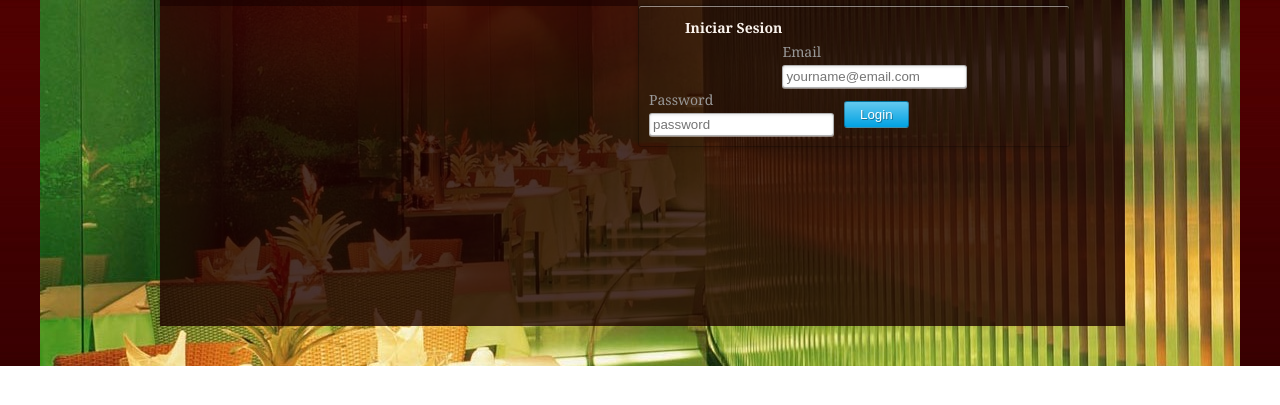
Repository: ProSoft-PDSI/sdsddo
Page: http://localhost/sdsr/LoginRegistro.jsp
These files come from the project's save history. The page is drawn as it stood at one moment and after the next save; the edit follows.
The browser window is 1280 px wide. The pictures show the whole page.
The page is served by Tomcat 9. Other server files are loaded and not shown.

Above is the page before, as saved 2014-07-20 02:05:14.
Console error: TypeError: Cannot read properties of undefined (reading 'appendTo')

### Web/sdsr/WebContent/LoginRegistro.jsp
<%@ page language="java" contentType="text/html; charset=ISO-8859-1"
    pageEncoding="ISO-8859-1"%>
<%@ taglib prefix="c" uri="http://java.sun.com/jsp/jstl/core" %>
<!DOCTYPE html>
<html lang="es">
<head>
<title></title>
<meta charset="utf-8" />
<%@ include file="Carga.jsp" %>
<style type="text/css">
body {
	Background: transparent;
}
</style>
</head>
<body id="page5">
<div class="body6">
	<div class="body1">
		<div class="main">
<!-- content -->

			<article id="content">
				<div class="wrap">
					<div class="box">
					<form id="ContactForm">
						<section class="loginform cf">
							<form name="login" action="index_submit" method="get" accept-charset="utf-8">
								<ul>
								   <h1>Iniciar Sesion </h1>
									<li>
										<label for="usermail"><br>Email</label>
										<input type="email" name="usermail" placeholder="yourname@email.com" required>
									</li>
									<li>
										<label for="password">Password</label>
										<input type="password" name="password" placeholder="password" required></li>
									<li>
										<input type="submit" value="Login">
									</li>
								</ul>
							</form>
						</section>
					</form>
					<div>
						<form id="ContactForm">
						<section class="loginform cf">
						   <form name="login" action="index_submit" method="get" accept-charset="utf-8">
							<ul>
							    <h1>Registrate</h1>
								<li>
									<label for="usermail"><br>Email</label>
									<input type="email" name="usermail"  required>
								</li>
								<li>
									<label for="password">Contraseña</label>
									<input type="password" name="contrasenia1"  required>
								</li>
								<li>
									<label for="password">Confirmar Contraseña</label>
									<input type="password" name="contrasenia2"  required>
								</li>
								<li>
									<label for="Nombre">Nombre</label>
									<input type="text" name="Nombre"  required>
								</li>
								<li>
									<label for="Apellido">Apellidos</label>
									<input type="text" name="Apellido"  required>
								</li>
								<li>
									<label for="dni">DNI</label>
									<input type="text" name="dni"  required>
								</li>
								<li>
									<label for="Direccion">Direccion</label>
									<input type="text" name="Direccion"  required>
								</li>
								<li>
									<label for="Number">Telefono</label>
									<input type="Text" name="telefono"  required>
								</li>
								<li>
									<input type="submit" value="Registrar">
								</li>
							</ul>
						</form>
					</section>
							</form>
						</div>
					</div>
				</div>
			</article>
		</div>
	</div>
</div>
<script type="text/javascript"> Cufon.now(); </script>
</body>
</html>

### Web/sdsr/WebContent/Carga.jsp
<link rel="stylesheet" href="css/reset.css" type="text/css" media="all">
<link rel="stylesheet" href="css/layout.css" type="text/css" media="all">
<link rel="stylesheet" href="css/style.css" type="text/css" media="all">
<link rel="stylesheet" href="css/estilos.css" type="text/css" media="all">
<script type="text/javascript" src="js/jquery-1.6.js" ></script>
<script type="text/javascript" src="js/cufon-yui.js"></script>
<script type="text/javascript" src="js/cufon-replace.js"></script>
<script type="text/javascript" src="js/Forum_400.font.js"></script>
<script type="text/javascript" src="js/jquery.easing.1.3.js"></script>
<script type="text/javascript" src="js/tms-0.3.js"></script>
<script type="text/javascript" src="js/tms_presets.js"></script>
<script type="text/javascript" src="js/script.js"></script>
<script type="text/javascript" src="js/atooltip.jquery.js"></script>

### Web/sdsr/WebContent/css/layout.css
.col1, .col2, .col3, .cols  {float:left}
.cols {width:300px}
.col1 {width:630px}
.col2 {width:240px}
.col3 {width:570px}
/* index.html */
/* index-1.html */
#page2 .box .list1 {margin-top:-7px}
/* index-2.html */
#page3 h2.letter_spacing {word-spacing:-2px}
/* index-3.html */
#page4 .box .list1 {margin-top:-7px}
#page4 h2.pad_bot1 {padding-bottom:5px}
/* index-4.html */
#page5 .box > div {background: url(../images/box_top2.png) top center no-repeat}
#page5 #content2 h2 {padding-bottom:4px}
/* index-5.html */
/* index-6.html */

### Web/sdsr/WebContent/css/style.css
/* Getting the new tags to behave */
article, aside, audio, canvas, command, datalist, details, embed, figcaption, figure, footer, header, hgroup, keygen, meter, nav, output, progress, section, source, video {display:block}
mark, rp, rt, ruby, summary, time {display:inline}
/* Left & Right alignment */
.left {float:left}
.right {float:right}
.wrapper {width:100%;overflow:hidden}
.wrap{overflow:hidden;width:965px;margin-left:-5px;padding-left:5px}
/* Global properties */
body {background:url(../images/bg_bot.jpg) center 0 repeat #faf3ed;border:0;font:14px Georgia, "Times New Roman", Times, serif;color:#200;line-height:24px}
.ic, .ic a {border:0;float:right;background:#fff;color:#f00;width:50%;line-height:10px;font-size:10px;margin:-220% 0 0 0;overflow:hidden;padding:0}
.css3{border-radius:8px;-moz-border-radius:8px;-webkit-border-radius:8px;box-shadow:0 0 4px rgba(0, 0, 0, .4);-moz-box-shadow:0 0 4px rgba(0, 0, 0, .4);-webkit-box-shadow:0 0 4px rgba(0, 0, 0, .4);position:relative}
/* Global Structure */
.main {	margin:0 auto;	width:960px}
.body1 {background:url(../images/restaurant.jpg) top center no-repeat}
.body2 {background:#faf3ed}
.body3 {background:url(../images/bg_bot.jpg) top center repeat}
.body4 {background:url(../images/bg_bot_img.jpg) top center no-repeat}
.body5 {background:url(../images/slider_shadow.png) center 508px no-repeat}
.body6 {background:url(../images/bg_top.jpg) top repeat-x}
/* main layout */
a {color:#a80002;text-decoration:none;outline:none}
a:hover {text-decoration:underline}
h1 {float:left;padding:0px 0 0 36px}
h2 {font-size:41px;line-height:1.2em;color:#200000;padding:16px 0 12px 0;letter-spacing:-2px}
h2.letter_spacing {letter-spacing:-3px}
h3 {font-size:27px;color:#230000;line-height:1.2em;padding:20px 0 9px 0;letter-spacing:-1px}
h3 span {color:#a80002}
p {padding-bottom:24px}
/* header */
header {height:121px;padding-top:31px;width:100%;overflow:hidden}
label {
	display: block;
	color: #999;
}
.cf:before,
.cf:after {
    content: "";
    display: table;
}

.cf:after {
    clear: both;
}
.cf {
    *zoom: 1;
}
:focus {
	outline: 0;
}
.loginform {
	width: 410px;
	margin: 10px auto;
	padding: 10px;
	border-radius: 3px;
    box-shadow: 0px 0px 5px 0px rgba(0, 0, 0, 0.2),
    			inset 0px 1px 0px 0px rgba(250, 250, 250, 0.5);
    border: 1px solid rgba(0, 0, 0, 0.3);
    float: right;
}
.loginform ul {
	padding: 0;
	margin: 0;
}
.loginform li {
	display: inline;
	float: left;
}
.loginform input:not([type=submit]) {
	padding: 3px;
	margin-right: 10px;
	border: 1px solid rgba(0, 0, 0, 0.3);
	border-radius: 3px;
	box-shadow: inset 0px 1px 3px 0px rgba(0, 0, 0, 0.1),
				0px 1px 0px 0px rgba(250, 250, 250, 0.5) ;
}
.loginform input[type=submit] {
	border: 1px solid rgba(0, 0, 0, 0.3);
	background: #64c8ef; /* Old browsers */
	background: -moz-linear-gradient(top,  #64c8ef 0%, #00a2e2 100%); /* FF3.6+ */
	background: -webkit-gradient(linear, left top, left bottom, color-stop(0%,#64c8ef), color-stop(100%,#00a2e2)); /* Chrome,Safari4+ */
	background: -webkit-linear-gradient(top,  #64c8ef 0%,#00a2e2 100%); /* Chrome10+,Safari5.1+ */
	background: -o-linear-gradient(top,  #64c8ef 0%,#00a2e2 100%); /* Opera 11.10+ */
	background: -ms-linear-gradient(top,  #64c8ef 0%,#00a2e2 100%); /* IE10+ */
	background: linear-gradient(to bottom,  #64c8ef 0%,#00a2e2 100%); /* W3C */
	filter: progid:DXImageTransform.Microsoft.gradient( startColorstr='#64c8ef', endColorstr='#00a2e2',GradientType=0 ); /* IE6-9 */
	color: #fff;
	padding: 5px 15px;
	margin-right: 0;
	margin-top: 13px;
	border-radius: 3px;
	text-shadow: 1px 1px 0px rgba(0, 0, 0, 0.3);
}

.ac_content h1{
	color:#fff;
	display:block;
	float:left;
	width:80px;
	height:20px;
	padding:0px;
	font-size:28px;
	font-weight:bold;
	line-height:30px;
	margin-right:1px;
}
.ac_content h1 span{
	display:block;
	font-weight:normal;
	font-size:18px;
}

#top_nav {float:right;padding:4px 43px 30px 0}
#top_nav li {float:left;padding:3px 26px 5px 0;background:url(../images/top_line.gif) right 0 no-repeat;margin-right:25px}
#top_nav li a {display:block;line-height:0}
#top_nav .end {background:none;padding-right:0;margin-right:0}
#menu {width:633px;float:right;padding:0 0 0 0}
#menu li {float:left;padding-left:3px}
#menu li a {display:block;font-size:24px;color:#faf3ed;line-height:75px;padding:0 15px;height:60px;letter-spacing:-1px}
/* #menu li a {display:block;font-size:24px;color:#faf3ed;line-height:100px;padding:0 15px;height:80px;letter-spacing:-1px}*/
#menu li a:hover, #menu .active a {text-decoration:none;background:url(../images/menu_bg.png) repeat}
.slider_bg {width:100%;height:404px;background: url(../images/bg_slider.jpg) 0 0 no-repeat;position:relative;overflow:hidden;box-shadow:0 0 5px rgba(0, 0, 0, .4);-moz-box-shadow:0 0 5px rgba(0, 0, 0, .4);-webkit-box-shadow:0 0 5px rgba(0, 0, 0, .4);margin-bottom:35px}
.slider {top:10px;right:10px;position:absolute;z-index:1;width:920px}
.slider .items {display:none}
.slider .pic {float:right;position:relative}
.banner {left:0px;top:0;position:absolute;width:271px;z-index:2;text-align:center}
.banner strong {font-size:52px;color:#bf0f0a;display:block;line-height:1.2em;text-transform:uppercase;padding:55px 0 0 0;letter-spacing:-2px}
.banner strong span {display:block;margin-top:-16px}
.banner b {display:block;font-size:27px;color:#312826;text-transform:uppercase;padding:0 0 23px 0;line-height:1.2em;letter-spacing:-1px}
.banner p {background:url(../images/quot1.png) 0 0 no-repeat}
.banner p span {display:block;background:url(../images/quot2.png) right bottom no-repeat;padding:0 0 0 0;color:#6c5f5b;padding-bottom:2px}
.slider .pagination {position:absolute;z-index:2;bottom:10px;left:107px}
.slider .pagination li {float:left;padding-right:3px}
.slider .pagination a {display:block;width:17px;height:17px;text-indent:-9999px;background:url(../images/buttons.png) right 0 no-repeat}
.slider .pagination a:hover, .slider .pagination .current a {background-position:left}
/* content */
#content {padding-bottom:40px}
#content2 {padding-bottom:31px}
.pad_left1 {padding-left:30px}
.pad_bot1 {padding-bottom:13px}
.pad_bot2 {padding-bottom:24px}
.marg_right1 {margin-right:20px}
.box {background:url(../images/box_bg.png) repeat;color:#faf3ed;box-shadow:0 0 5px rgba(0, 0, 0, .4);-moz-box-shadow:0 0 5px rgba(0, 0, 0, .4);-webkit-box-shadow:0 0 5px rgba(0, 0, 0, .4)}
.box > div {background:url(../images/box_top.png) 0 top no-repeat;padding:30px;padding-top:0;overflow:hidden}
.box h2 {color:#a80002;padding:15px 0 12px 0}
.box h2 span {color:#faf3ed}
.box figure {padding-bottom:13px}
.list1 li a {font-style:italic;padding-left:12px;background:url(../images/marker_1.gif) 1px 8px no-repeat;color:#faf3ed}
.list_1 {color:#fff}
.list_1:hover {text-decoration:none}
.button1 {display:inline-block;font-size:20px;color:#faf3ed;line-height:34px;padding:0 15px;background:#a80002;letter-spacing:-1px}
.button1:hover {text-decoration:none;color:#1e0000;background:#faf3ed}
.testimonials li span {float:left;width:40px;height:40px;font-size:30px;color:#faf3ed;line-height:34px;text-align:center;background:#a80002;margin-right:20px}
.testimonials li p {float:left;width:180px;padding-bottom:15px}
.testimonials li img {padding-top:2px}
.line1 {background:url(../images/line_vert1.gif) 285px 0 repeat-y}
.line2 {background:url(../images/line_vert1.gif) 615px 0 repeat-y}
.price {margin-top:-7px}
.price li {overflow:hidden;background:url(../images/price_bg.gif) 0 -6px repeat-x}
.price a {float:left;color:#220000;background:url(../images/marker_2.gif) 1px 11px no-repeat #faf3ed;padding-left:12px}
.price a:hover {text-decoration:none;color:#a80002}
.price span {float:right;background:#faf3ed}
.address {padding-bottom:0}
.address span {float:left;width:84px}
/* footer */
footer {height:138px;font:13px "Trebuchet MS", Arial, Helvetica, sans-serif;color:#696969;line-height:18px}
footer a {color:#c53005;text-decoration:underline}
footer a:hover {text-decoration:none}
#icons {padding:5px 0 0 0}
#icons li {float:left;padding-right:9px}
/* Tooltips */
.aToolTip {background:#a80002;color:#fff;	margin:0;padding:2px 10px 3px;font-size:11px;position:absolute;line-height:17px}
.aToolTip .aToolTipContent {position:relative;	margin:0;padding:0}
/* forms */
#ContactForm {margin-top:-5px;width:910px}
#ContactForm span {float:left;width:111px;line-height:20px}
#ContactForm .wrapper {min-height:24px}
#ContactForm .textarea_box {min-height:170px;width:100%;overflow:hidden;padding-bottom:9px}
#ContactForm {}
#ContactForm a {margin-left:20px;float:right}
#ContactForm .input {width:399px;height:18px;background:#faf3ed;padding:1px 5px;color:#220000;font:14px Georgia, "Times New Roman", Times, serif;margin:0;float:left}
#ContactForm textarea {overflow:auto;width:789px;height:163px;background:#faf3ed;padding:1px 5px;color:#220000;font:14px Georgia, "Times New Roman", Times, serif;margin:0}

### Web/sdsr/WebContent/css/estilos.css
#marco{
	background: transparent;
}

.marco{
	height:80em;
	width:101%;
}

### Web/sdsr/WebContent/js/cufon-replace.js
Cufon.replace('#menu a, .banner strong, .banner b, h2, h3', { fontFamily: 'Forum', hover:true });

### Web/sdsr/WebContent/js/atooltip.jquery.js
/*
	jQuery Version:				jQuery 1.3.2
	Plugin Name:				aToolTip V 1.0
	Plugin by: 					Ara Abcarians: http://ara-abcarians.com
	License:					aToolTip is licensed under a Creative Commons Attribution 3.0 Unported License
								Read more about this license at --> http://creativecommons.org/licenses/by/3.0/
*/
(function($) {
    $.fn.aToolTip = function(options) {

    	// setup default settings
    	var defaults = {
    		clickIt: false,
    		closeTipBtn: 'aToolTipCloseBtn',
    		fixed: false,
    		inSpeed: 200,
    		outSpeed: 0,
    		tipContent: '',
    		toolTipClass: 'aToolTip',
    		xOffset: 5,
    		yOffset: 5
    	},

    	// This makes it so the users custom options overrides the default ones
    	settings = $.extend({}, defaults, options);

		return this.each(function() {
			var obj = $(this);
			// Decide weather to use a title attr as the tooltip content
			if(obj.attr('title')){
				// set the tooltip content/text to be the obj title attribute
				var tipContent = obj.attr('title');
			} else {
				// if no title attribute set it to the tipContent option in settings
				var tipContent = settings.tipContent;
			}

			// check if obj has a title attribute and if click feature is off
			if(tipContent && !settings.clickIt){
				// Activate on hover
				obj.hover(function(el){
					obj.attr({title: ''});
					$('body').append("<div class='"+ settings.toolTipClass +"'><p class='aToolTipContent'>"+ tipContent +"</p></div>");
					$('.' + settings.toolTipClass).css({
						position: 'absolute',
						display: 'none',
						zIndex: '50000',
						top: (obj.offset().top - $('.' + settings.toolTipClass).outerHeight() - settings.yOffset) + 'px',
						left: (obj.offset().left + 1/2*(obj.outerWidth()) + settings.xOffset) + 'px'
					})
					.stop().fadeIn(settings.inSpeed);
			    },
				function(){
					// Fade out
					$('.' + settings.toolTipClass).stop().fadeOut(settings.outSpeed, function(){$(this).remove();});
			    });
		    }

		    // Follow mouse if fixed is false and click is false
		    if(!settings.fixed && !settings.clickIt){
				obj.mousemove(function(el){
					$('.' + settings.toolTipClass).css({
						top: (el.pageY - $('.' + settings.toolTipClass).outerHeight() - settings.yOffset),
						left: (el.pageX + settings.xOffset)
					})
				});
			}

		    // check if click feature is enabled
		    if(tipContent && settings.clickIt){
				// Activate on click
				obj.click(function(el){
					obj.attr({title: ''});
					$('body').append("<div class='"+ settings.toolTipClass +"'><p class='aToolTipContent'>"+ tipContent +"</p></div>");
					$('.' + settings.toolTipClass).append("<a class='"+ settings.closeTipBtn +"' href='#' alt='close'>close</a>");
					$('.' + settings.toolTipClass).css({
						position: 'absolute',
						display: 'none',
						zIndex: '50000',
						top: (obj.offset().top - $('.' + settings.toolTipClass).outerHeight() - settings.yOffset) + 'px',
						left: (obj.offset().left + obj.outerWidth() + settings.xOffset) + 'px'
					})
					.fadeIn(settings.inSpeed);
					// Click to close tooltip
					$('.' + settings.closeTipBtn).click(function(){
						$('.' + settings.toolTipClass).fadeOut(settings.outSpeed, function(){$(this).remove();});
						return false;
					});
					return false;
			    });
		    }

		}); // END: return this

		// returns the jQuery object to allow for chainability.
        return this;
    };
})(jQuery);

$(document).ready(function() {
		// tool tip
	$('.normaltip').aToolTip({
    	toolTipClass: 'aToolTip'});

})

Loaded but not shown: Web/sdsr/WebContent/css/reset.css (common file); Web/sdsr/WebContent/js/jquery-1.6.js (library); Web/sdsr/WebContent/js/cufon-yui.js (library); Web/sdsr/WebContent/js/Forum_400.font.js (library); Web/sdsr/WebContent/js/jquery.easing.1.3.js (library); Web/sdsr/WebContent/js/script.js (common file); Web/sdsr/WebContent/js/tms_presets.js (489 lines, source omitted); Web/sdsr/WebContent/js/tms-0.3.js (395 lines, source omitted)

After the next save:
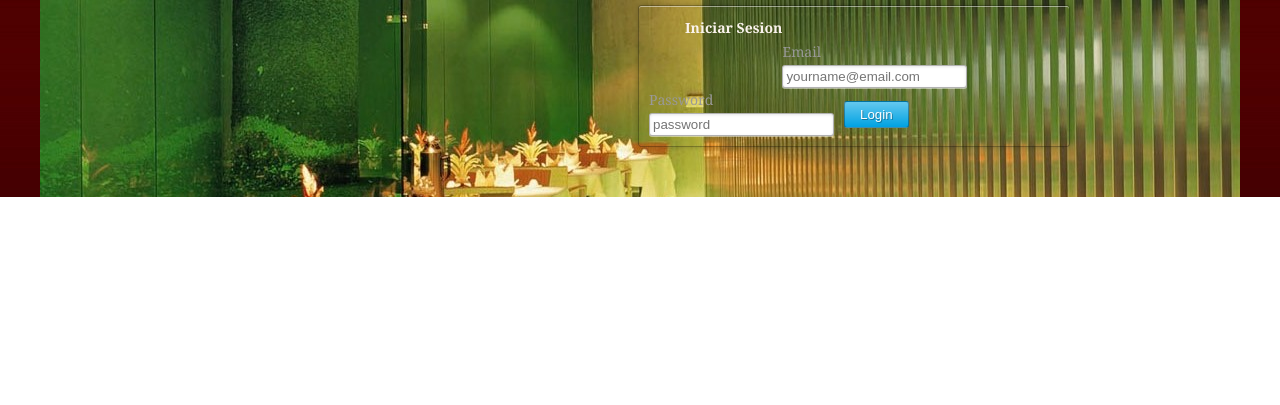
Saved 17 s later.
--- a/Web/sdsr/WebContent/LoginRegistro.jsp
+++ b/Web/sdsr/WebContent/LoginRegistro.jsp
@@ -41,52 +41,7 @@
 							</form>
 						</section>
 					</form>
-					<div>
-						<form id="ContactForm">
-						<section class="loginform cf">
-						   <form name="login" action="index_submit" method="get" accept-charset="utf-8">
-							<ul>
-							    <h1>Registrate</h1>
-								<li>
-									<label for="usermail"><br>Email</label>
-									<input type="email" name="usermail"  required>
-								</li>
-								<li>
-									<label for="password">Contraseña</label>
-									<input type="password" name="contrasenia1"  required>
-								</li>
-								<li>
-									<label for="password">Confirmar Contraseña</label>
-									<input type="password" name="contrasenia2"  required>
-								</li>
-								<li>
-									<label for="Nombre">Nombre</label>
-									<input type="text" name="Nombre"  required>
-								</li>
-								<li>
-									<label for="Apellido">Apellidos</label>
-									<input type="text" name="Apellido"  required>
-								</li>
-								<li>
-									<label for="dni">DNI</label>
-									<input type="text" name="dni"  required>
-								</li>
-								<li>
-									<label for="Direccion">Direccion</label>
-									<input type="text" name="Direccion"  required>
-								</li>
-								<li>
-									<label for="Number">Telefono</label>
-									<input type="Text" name="telefono"  required>
-								</li>
-								<li>
-									<input type="submit" value="Registrar">
-								</li>
-							</ul>
-						</form>
-					</section>
-							</form>
-						</div>
+
 					</div>
 				</div>
 			</article>

After the save that followed:
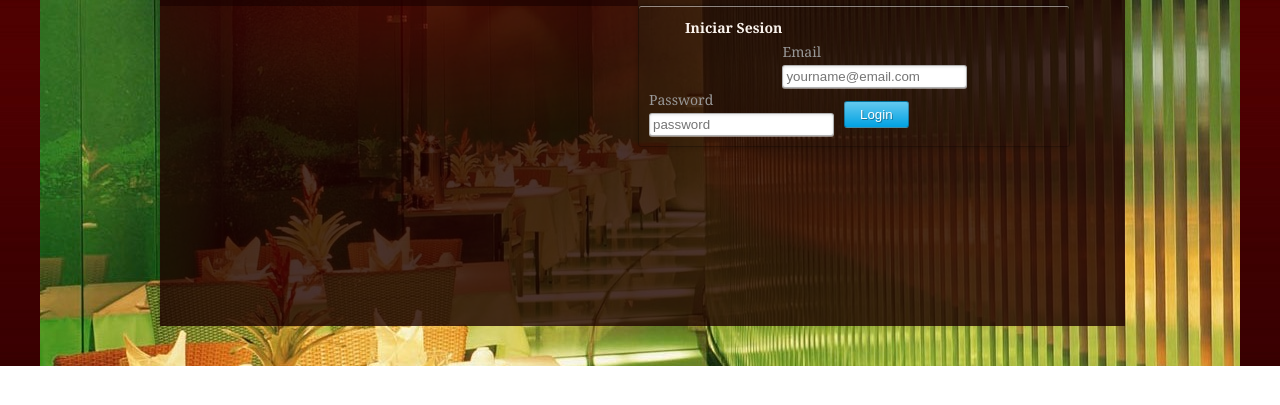
Saved 13 s later.
--- a/Web/sdsr/WebContent/LoginRegistro.jsp
+++ b/Web/sdsr/WebContent/LoginRegistro.jsp
@@ -41,7 +41,52 @@
 							</form>
 						</section>
 					</form>
-
+					<div>
+						<form id="ContactForm">
+						<section class="loginform cf">
+						   <form name="login" action="index_submit" method="get" accept-charset="utf-8">
+							<ul>
+							    <h1>Registrate</h1>
+								<li>
+									<label for="usermail"><br>Email</label>
+									<input type="email" name="usermail"  required>
+								</li>
+								<li>
+									<label for="password">Contraseña</label>
+									<input type="password" name="contrasenia1"  required>
+								</li>
+								<li>
+									<label for="password">Confirmar Contraseña</label>
+									<input type="password" name="contrasenia2"  required>
+								</li>
+								<li>
+									<label for="Nombre">Nombre</label>
+									<input type="text" name="Nombre"  required>
+								</li>
+								<li>
+									<label for="Apellido">Apellidos</label>
+									<input type="text" name="Apellido"  required>
+								</li>
+								<li>
+									<label for="dni">DNI</label>
+									<input type="text" name="dni"  required>
+								</li>
+								<li>
+									<label for="Direccion">Direccion</label>
+									<input type="text" name="Direccion"  required>
+								</li>
+								<li>
+									<label for="Number">Telefono</label>
+									<input type="Text" name="telefono"  required>
+								</li>
+								<li>
+									<input type="submit" value="Registrar">
+								</li>
+							</ul>
+						</form>
+					</section>
+							</form>
+						</div>
 					</div>
 				</div>
 			</article>
